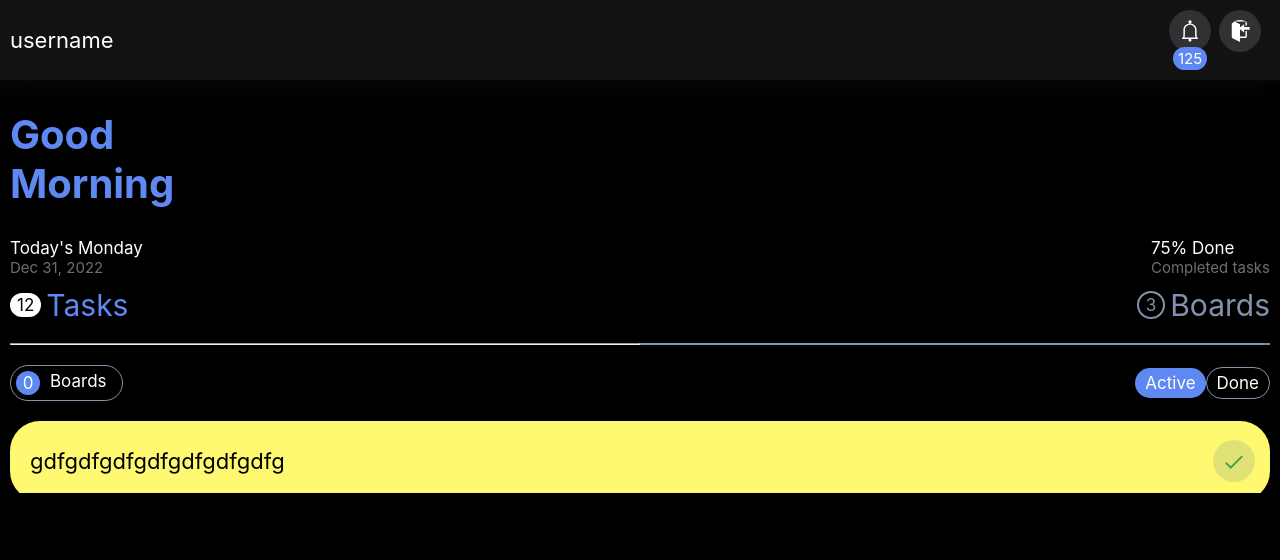
Repository: ShindanoSingi/todo-app
Page: /
These files come from the project's save history. The page is drawn as it stood at one moment and after the next save; the edit follows.
The browser window is 1280 px wide. The pictures show the whole page.
The project was rebuilt for these pictures with package versions that can differ from the ones it lists, and the page was loaded fresh each time. Also part of the build but not shown: src/pages/LandingPage.js.

Above is the page before, as saved 2023-01-01 19:20:57.

### src/index.css
* {
  font-size: 22px;
  margin: 0;
  padding: 0;
}

body {
  margin: 0;
  padding: 0;
  font-family: -apple-system, BlinkMacSystemFont, 'Segoe UI', 'Roboto', 'Oxygen',
    'Ubuntu', 'Cantarell', 'Fira Sans', 'Droid Sans', 'Helvetica Neue',
    sans-serif;
  -webkit-font-smoothing: antialiased;
  -moz-osx-font-smoothing: grayscale;
}

code {
  font-family: source-code-pro, Menlo, Monaco, Consolas, 'Courier New',
    monospace;
}

.signin-icon-signin-text-container {
  display: flex;
  align-items: center;
  flex-direction: column;
}

.bell-icon-bell-num-container {
  display: flex;
  flex-direction: column;
  align-items: center;
  margin-left: 20px;
}

.signin-text {
  display: none;
}

.bell-num,
.signin-text {
  font-size: 15px;
}

.bell-num {
  text-align: center;
  color: #fff;
  padding: 2px 5px;
  background-color: #5f89f2;
  border-radius: 50px;
  margin-top: -5px;
}

.bell-icon,
.signin-icon {
  color: white;
  padding: 10px;
  border-radius: 50px;
  background-color: #313133;
}

div.signin-icon-signin-text-container:hover p.signin-text {
  display: block;
}

.bell-icon-signin-container {
  display: grid;
  grid-template-columns: 60px 60px;
}

.username,
.signin-text {
  color: #fff;
}

.nav-bar {
  display: flex;
  align-items: center;
  justify-content: space-between;
  padding: 10px;
  background: #121212;
  box-shadow: -11px 11px 22px #070707, 11px -11px 22px #1d1d1d;
}

h1 {
  position: absolute;
  top: 10%;
  z-index: 1;
}

h2 {
  font-size: 40px;
  color: #5f89f2;
}

.salutation-container {
  margin-top: 30px;
  padding-left: 10px;
}

.day,
.percent,
.small-boards,
.done,
.active {
  font-size: 17px;
  color: #ffffff;
}

.date,
.completed {
  font-size: 15px;
  color: #6a6f75;
}

.day-to-percent-container {
  display: flex;
  justify-content: space-between;
  padding: 10px;
  margin-top: 20px;
}

.tasks-num {
  text-align: center;
  font-size: 17px;
  background: #ffff;
  padding: 2px 7px;
  border-radius: 50px;
  height: 20px;
}

.tasks {
  font-size: 30px;
  font-weight: light;
  color: #5f89f2;
}

.boards-num {
  font-size: 17px;
  color: #8292ad;
  border: 2px solid #8292ad;
  padding: 2px 7px;
  border-radius: 50px;
  height: 20px;
}

.big-boards {
  font-size: 30px;
  font-weight: light;
  color: #8292ad;
}

.tasks-num-tasks-container,
.boards-num-boards-container {
  display: flex;
  align-items: center;
  gap: 5px;
}

.line-tasks {
  width: 50%;
}

.line-boards {
  width: 50%;
  border: 1px solid #8292ad;
}

.line-tasks-ine-boards-container {
  display: flex;
  justify-content: space-between;
  /* margin-top: 10px; */
  padding: 0 10px;
}

.tasks-to-boards-container {
  display: flex;
  justify-content: space-between;
  padding: 0 10px;
}

.num-boards {
  font-size: 17px;
  text-align: center;
  color: #fff;
  background: #5f89f2;
  padding: 2px;
  border-radius: 50px;
  height: 20px;
  width: 20px;
}

.small-boards {
  color: #fff;
}

.num-boards-small-boards-container {
  display: flex;
  gap: 10px;
  border: 1px solid #8292ad;
  padding: 5px;
  border-radius: 50px;
  padding-right: 15px;
}

.active {
  text-align: center;
  background: #5f89f2;
  padding: 0px 10px;
  border-radius: 50px;
  padding: 5px 10px;
}

.done {
  display: flex;
  gap: 10px;
  border: 1px solid #8292ad;
  border-radius: 50px;
  padding: 5px 10px;
}

.active-done-container {
  display: flex;
  align-items: center;
}

.num-boards-to-small-boards-container {
  display: flex;
  justify-content: space-between;
  align-items: center;
  padding: 0 10px;
}

.task-title {
  word-wrap: break-word;
  padding: 5px;
  width: 80%;
}

.check-circle-icon {
  color: white;
  padding: 10px;
  border-radius: 50px;
  background: rgba(121, 141, 139, 0.21);
}

.todo-card {
  margin: 0 10px;
  padding: 15px;
  min-height: 50px;
  border-radius: 30px;
  display: flex;
  align-items: center;
  justify-content: space-between;
}

.todos-container {
  display: flex;
  flex-direction: column;
  gap: 5px;
  max-height: 10vh;
  overflow-y: scroll;
}

.main {
  display: flex;
  flex-direction: column;
  gap: 20px;
}

/* Credit: Cole McCombs; */
.landing-page-wrapper {
  height: 100%;
  display: flex;
  flex-direction: column;
  align-items: center;
  justify-content: center;
}

/* Credit: Cole McCombs; */
.button {
  min-width: 150px;
  min-height: 40px;
  font-family: 'Nunito', sans-serif;
  font-size: 22px;
  text-transform: uppercase;
  letter-spacing: 1.3px;
  font-weight: 700;
  color: #313133;
  background: #37b7ff;
  background: linear-gradient(
    90deg,
    rgb(59, 123, 190) 0%,
    rgb(29, 181, 228) 100%
  );
  border: none;
  border-radius: 1000px;
  box-shadow: 12px 12px 24px rgba(28, 120, 186, 0.64);
  transition: all 0.3s ease-in-out 0s;
  cursor: pointer;
  outline: none;
  position: absolute;
  top: 85%;
  padding: 10px;
}

/* Credit: Cole McCombs; */
button::before {
  content: '';
  border-radius: 1000px;
  min-width: calc(150px + 12px);
  min-height: calc(40px + 12px);
  border: 6px solid #008cff;
  box-shadow: 0 0 60px rgba(25, 150, 233, 0.64);
  position: absolute;
  top: 50%;
  left: 50%;
  transform: translate(-50%, -50%);
  opacity: 0;
  transition: all 0.3s ease-in-out 0s;
}

/* Credit: Cole McCombs; */
.button:hover,
.button:focus {
  color: #bfbfd4;
  transform: translateY(-6px);
}

/* Credit: Cole McCombs; */
button:hover::before,
button:focus::before {
  opacity: 1;
}

/* Credit: Cole McCombs; */
button::after {
  content: '';
  width: 30px;
  height: 30px;
  border-radius: 100%;
  border: 6px solid #0f8bdd;
  position: absolute;
  z-index: -1;
  top: 50%;
  left: 50%;
  transform: translate(-50%, -50%);
  animation: ring 1.5s infinite;
}

/* Credit: Cole McCombs; */
button:hover::after,
button:focus::after {
  animation: none;
  display: none;
}

/* Credit: Cole McCombs; */
@keyframes ring {
  0% {
    width: 20px;
    height: 20px;
    opacity: 1;
  }
  100% {
    width: 150px;
    height: 150px;
    opacity: 0;
  }
}

.landing-page-image {
  position: fixed;
  width: 100%;
  height: 100%;
}

.landing-page-image {
  -webkit-animation: anim 8s infinite linear;
  animation: anim 8s infinite linear;
}

@-webkit-keyframes anim {
  from {
    -webkit-transform: rotateY(0deg);
  }
  to {
    -webkit-transform: rotateY(90deg);
  }
}

@keyframes anim {
  from {
    transform: rotateY(90deg);
  }
  to {
    transform: rotateY(0deg);
  }
}

.container {
  height: 100%;
  width: 100%;
  position: fixed;
  background-color: #000000;
}

### src/App.js
import Todos from './pages/Todos'

import LandingPage from './pages/LandingPage'

function App() {
  return (
    <div className="">
      {/* <LandingPage /> */}
      <Todos />
    </div>
  )
}

export default App

### src/pages/Todos.js
import React from 'react'
import checkbox from '../assests/check.svg'
import { RxBell } from 'react-icons/rx'
import { GoSignIn } from 'react-icons/go'
import { FcCheckmark } from 'react-icons/fc'

function Todos() {
    let color = "#FEF970"
    return (
        <div className='container'>
            <div className='todos-wrapper'>
                <nav className='nav-bar'>
                    <p className='username'>username</p>
                    <div className='bell-icon-signin-container'>
                        <div className='bell-icon-bell-num-container'>
                            <RxBell className='bell-icon' />
                            <p className='bell-num'>125</p>
                        </div>
                        <div className='signin-icon-signin-text-container'>
                            <GoSignIn className='signin-icon' />
                            <p className='signin-text'>Sign In</p>
                        </div>

                    </div>
                </nav>
                <div className='salutation-container'>
                    <h2 className='good-text'>Good</h2>
                    <h2 className='morning-text'>Morning</h2>
                </div>

                <div className='day-to-percent-container'>
                    <div className='day-date-container'>
                        <p className='day'>Today's Monday</p>
                        <p className='date'>Dec 31, 2022</p>
                    </div>
                    <div className='percent-completed-container'>
                        <p className='percent'>75% Done</p>
                        <p className='completed'>Completed tasks</p>
                    </div>
                </div>
                <main className='main'>
                    <div className='tasks-to-boards-container'>
                        <div className='tasks-num-tasks-container'>
                            <p className='tasks-num'>12</p>
                            <p className='tasks'>Tasks</p>
                        </div>
                        <div className='boards-num-boards-container'>
                            <p className='boards-num'>3</p>
                            <p className='big-boards'>Boards</p>
                        </div>
                    </div>
                    <div className='line-tasks-ine-boards-container'>
                        <hr className='line-tasks' />
                        <hr className='line-boards' />
                    </div>

                    <div className='num-boards-to-small-boards-container'>
                        <div className='num-boards-small-boards-container'>
                            <p className='num-boards'>0</p>
                            <p className='small-boards'>Boards</p>
                        </div>
                        <div className='active-done-container'>
                            <p className='active'>Active</p>
                            <p className='done'>Done</p>
                        </div>
                    </div>
                    <div className='todos-container'>
                        <div className='todo-card' style={{ backgroundColor: color }}>
                            <p className='task-title'>gdfgdfgdfgdfgdfgdfgdfg</p>
                            < FcCheckmark className='check-circle-icon' />
                        </div>
                        <div className='todo-card' style={{ backgroundColor: color }}>
                            <p className='task-title'>gdfgdfgdfgdfgdfgdfgdfg</p>
                            < FcCheckmark className='check-circle-icon' />
                        </div>
                        <div className='todo-card' style={{ backgroundColor: color }}>
                            <p className='task-title'>gdfgdfgdfgdfgdfgdfgdfg</p>
                            < FcCheckmark className='check-circle-icon' />
                        </div>
                        <div className='todo-card' style={{ backgroundColor: color }}>
                            <p className='task-title'>gdfgdfgdfgdfgdfgdfgdfg</p>
                            < FcCheckmark className='check-circle-icon' />
                        </div>
                        <div className='todo-card' style={{ backgroundColor: color }}>
                            <p className='task-title'>gdfgdfgdfgdfgdfgdfgdfg</p>
                            < FcCheckmark className='check-circle-icon' />
                        </div>
                        <div className='todo-card' style={{ backgroundColor: color }}>
                            <p className='task-title'>gdfgdfgdfgdfgdfgdfgdfg</p>
                            < FcCheckmark className='check-circle-icon' />
                        </div>
                        <div className='todo-card' style={{ backgroundColor: color }}>
                            <p className='task-title'>gdfgdfgdfgdfgdfgdfgdfg</p>
                            < FcCheckmark className='check-circle-icon' />
                        </div>
                        <div className='todo-card' style={{ backgroundColor: color }}>
                            <p className='task-title'>gdfgdfgdfgdfgdfgdfgdfg</p>
                            < FcCheckmark className='check-circle-icon' />
                        </div>
                        <div className='todo-card' style={{ backgroundColor: color }}>
                            <p className='task-title'>gdfgdfgdfgdfgdfgdfgdfg</p>
                            < FcCheckmark className='check-circle-icon' />
                        </div>
                        <div className='todo-card' style={{ backgroundColor: color }}>
                            <p className='task-title'>gdfgdfgdfgdfgdfgdfgdfg</p>
                            < FcCheckmark className='check-circle-icon' />
                        </div>
                        <div className='todo-card' style={{ backgroundColor: color }}>
                            <p className='task-title'>gdfgdfgdfgdfgdfgdfgdfg</p>
                            < FcCheckmark className='check-circle-icon' />
                        </div>
                        <div className='todo-card' style={{ backgroundColor: color }}>
                            <p className='task-title'>gdfgdfgdfgdfgdfgdfgdfg</p>
                            < FcCheckmark className='check-circle-icon' />
                        </div>
                        <div className='todo-card' style={{ backgroundColor: color }}>
                            <p className='task-title'>gdfgdfgdfgdfgdfgdfgdfg</p>
                            < FcCheckmark className='check-circle-icon' />
                        </div>
                        <div className='todo-card' style={{ backgroundColor: color }}>
                            <p className='task-title'>gdfgdfgdfgdfgdfgdfgdfg</p>
                            < FcCheckmark className='check-circle-icon' />
                        </div>
                        <div className='todo-card' style={{ backgroundColor: color }}>
                            <p className='task-title'>gdfgdfgdfgdfgdfgdfgdfg</p>
                            < FcCheckmark className='check-circle-icon' />
                        </div>
                        <div className='todo-card' style={{ backgroundColor: color }}>
                            <p className='task-title'>gdfgdfgdfgdfgdfgdfgdfg</p>
                            < FcCheckmark className='check-circle-icon' />
                        </div>
                        <div className='todo-card' style={{ backgroundColor: color }}>
                            <p className='task-title'>gdfgdfgdfgdfgdfgdfgdfg</p>
                            < FcCheckmark className='check-circle-icon' />
                        </div>
                        <div className='todo-card' style={{ backgroundColor: color }}>
                            <p className='task-title'>gdfgdfgdfgdfgdfgdfgdfg</p>
                            < FcCheckmark className='check-circle-icon' />
                        </div>
                        <div className='todo-card' style={{ backgroundColor: color }}>
                            <p className='task-title'>gdfgdfgdfgdfgdfgdfgdfg</p>
                            < FcCheckmark className='check-circle-icon' />
                        </div>
                        <div className='todo-card' style={{ backgroundColor: color }}>
                            <p className='task-title'>gdfgdfgdfgdfgdfgdfgdfg</p>
                            < FcCheckmark className='check-circle-icon' />
                        </div>
                        <div className='todo-card' style={{ backgroundColor: color }}>
                            <p className='task-title'>gdfgdfgdfgdfgdfgdfgdfg</p>
                            < FcCheckmark className='check-circle-icon' />
                        </div>
                        <div className='todo-card' style={{ backgroundColor: color }}>
                            <p className='task-title'>gdfgdfgdfgdfgdfgdfgdfg</p>
                            < FcCheckmark className='check-circle-icon' />
                        </div>

                    </div>

                </main>
            </div>
        </div>
    )
}

export default Todos

Loaded but not shown: public/index.html (common file); src/index.js (common file); src/reportWebVitals.js (common file)

After the next save:
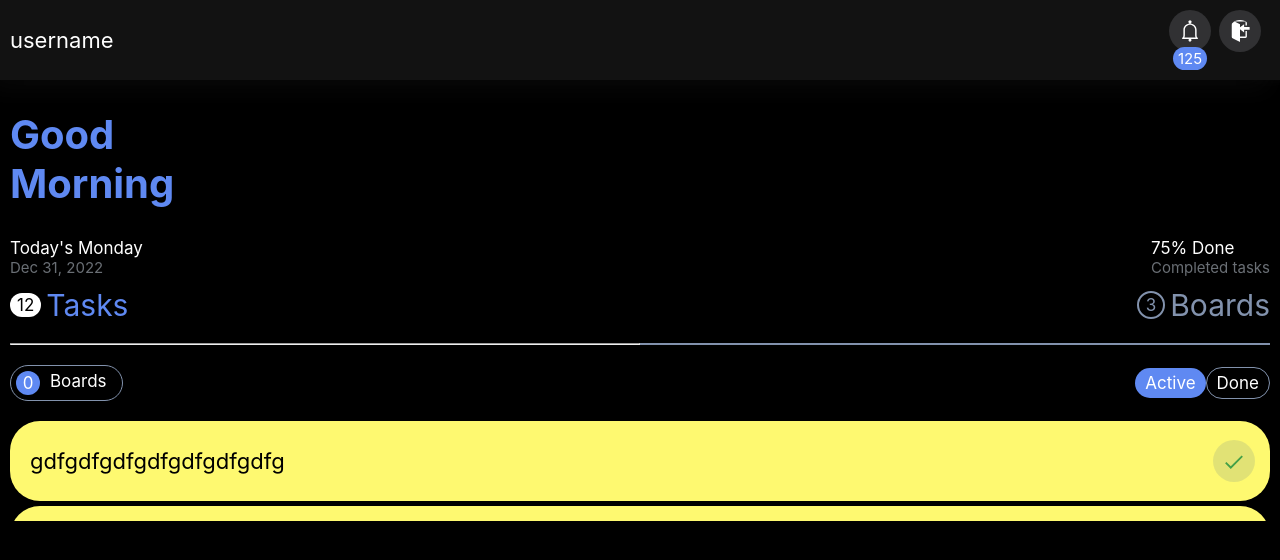
Saved 11 s later.
--- a/src/index.css
+++ b/src/index.css
@@ -257,7 +257,7 @@ h2 {
   display: flex;
   flex-direction: column;
   gap: 5px;
-  max-height: 10vh;
+  max-height: 100px;
   overflow-y: scroll;
 }
 
